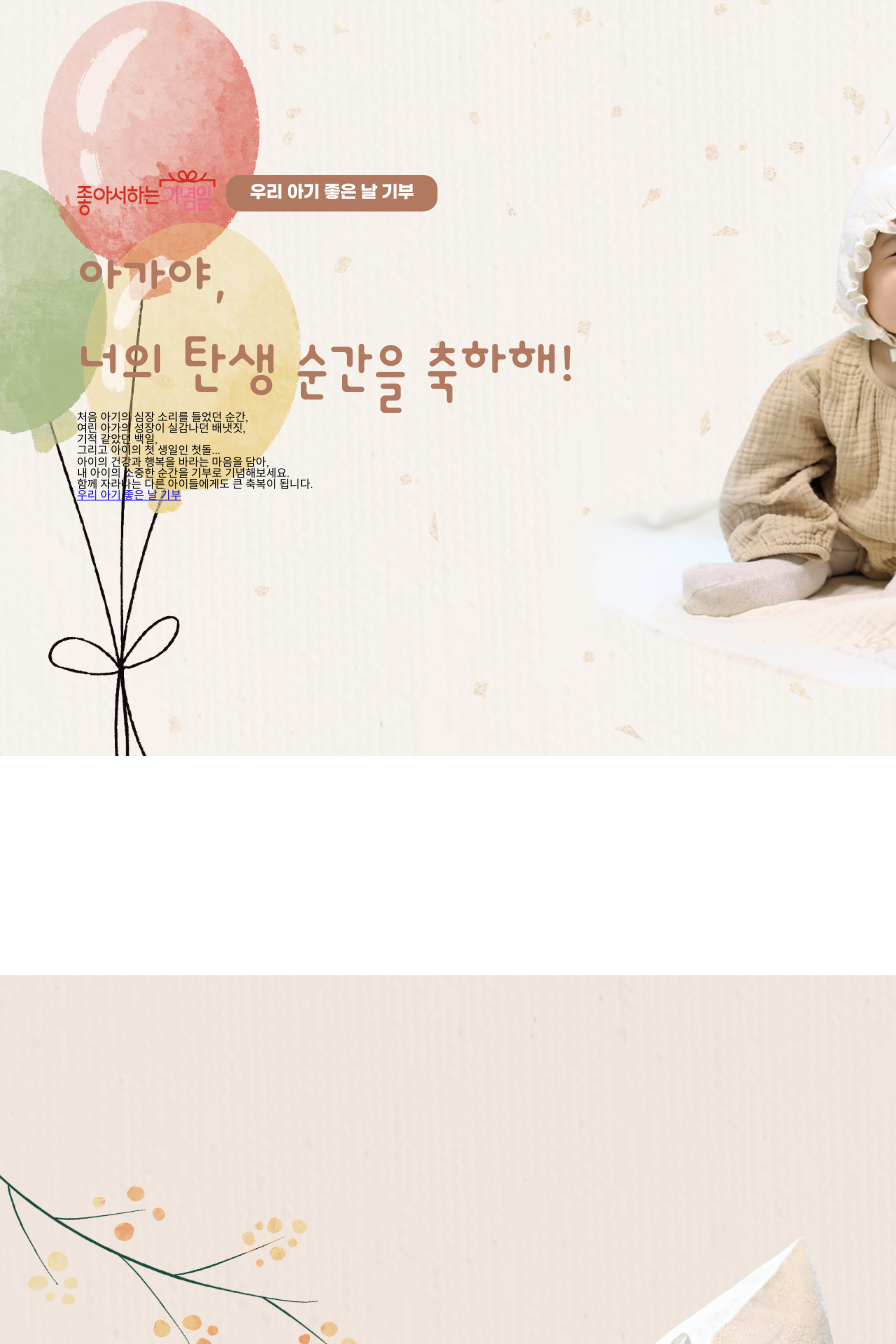
Repository: dlgywls1130/save_the_children
Page: index.html
These files come from the project's save history. The page is drawn as it stood at one moment and after the next save; the edit follows.
The browser window is 1280 px wide. The pictures show the part of the page from y = 0 to 1920 px (the page is 5153 px tall), at 70% of full size.

Above is the page before, as saved 2023-12-12 20:54:06.

### index.html
<!DOCTYPE html>
<html lang="en">
<head>
    <meta charset="UTF-8">
    <meta name="viewport" content="width=device-width, initial-scale=1.0">
    <title>세이브더칠드런</title>

    <link rel="stylesheet" href="./css/reset.css">
    <link rel="stylesheet" href="./css/style.css">
</head>
<body>
    <div class="content_body">
        <section class="section_wrapper section01">
            <div class="se01 se_wrapper">
                <div class="se01_sub">
                    <div class="sub_logo">
                        <img src="./img/logo01.png" alt="logo">
                    </div>
                    <p>우리 아기 좋은 날 기부</p>
                </div>
                <div class="seo01_title">
                    아가야,<br>
                    너의 <span>탄생</span> 순간을 축하해!
                </div>
                <p class="section_descript">
                    처음 아기의 심장 소리를 들었던 순간,
                    <br>여린 아가의 성장이 실감나던 배냇짓,
                    <br>기적 같았던 백일,
                    <br>그리고 아이의 첫 생일인 첫돌...
                </p>
                <p class="section_descript">
                    아이의 건강과 행복을 바라는 마음을 담아,
                    <br>내 아이의 소중한 순간을 기부로 기념해보세요.
                    <br>함께 자라나는 다른 아이들에게도 큰 축복이 됩니다.
                </p>

                <a href="javascript:void(0)">우리 아기 좋은 날 기부</a>
            </div>
        </section>
        <section class="section_wrapper section02">
            <div class="se02 se_wrapper">

            </div>
        </section>
        <section class="section_wrapper section03">

        </section>
        <section class="section_wrapper section04">

        </section>
        <section class="section_wrapper section05">

        </section>
        <section class="section_wrapper section06">

        </section>
        <section class="section_wrapper section07">

        </section>
        <section class="section_wrapper section08">

        </section>
    </div>
</body>
</html>

### css/reset.css


html, body, div, span, applet, object, iframe,
h1, h2, h3, h4, h5, h6, p, blockquote, pre,
a, abbr, acronym, address, big, cite, code,
del, dfn, em, img, ins, kbd, q, s, samp,
small, strike, strong, sub, sup, tt, var,
b, u, i, center,
dl, dt, dd, ol, ul, li,
fieldset, form, label, legend,
table, caption, tbody, tfoot, thead, tr, th, td,
article, aside, canvas, details, embed,
figure, figcaption, footer, header, hgroup,
menu, nav, output, ruby, section, summary,
time, mark, audio, video {
	margin: 0;
	padding: 0;
	border: 0;
	font-size: 100%;
	font: inherit;
	vertical-align: baseline;
}

article, aside, details, figcaption, figure,
footer, header, hgroup, menu, nav, section {
	display: block;
}
body {
	line-height: 1;
}
ol, ul {
	list-style: none;
}
blockquote, q {
	quotes: none;
}
blockquote:before, blockquote:after,
q:before, q:after {
	content: '';
	content: none;
}
table {
	border-collapse: collapse;
	border-spacing: 0;
}

### css/style.css

/* root */
:root{
    --main-color:#B17A60;
}


/* font */

/* dongle */
@font-face {
    font-family: 'Dongle';
    font-weight: 300;
    src: url('../font/Dongle-Light.ttf') format('ttf'),
    url('../font/Dongle-Light.woff') format('woff');
}

@font-face {
    font-family: 'Dongle';
    font-weight: 500;
    src: url('../font/Dongle-Regular.ttf') format('ttf'),
    url('../font/Dongle-Regular.woff') format('woff');
}

@font-face {
    font-family: 'Dongle';
    font-weight: 700;
    src: url('../font/Dongle-Bold.ttf') format('ttf'),
    url('../font/Dongle-Bold.woff') format('woff');
}


/* Gmarket */
@font-face {
    font-family: 'GmarketSans';
    font-weight: 300;
    src: url('../font/GmarketSansLight.ttf') format('ttf'),
    url('../font/GmarketSansLight.woff') format('woff');
}

@font-face {
    font-family: 'GmarketSans';
    font-weight: 500;
    src: url('../font/GmarketSansMedium.ttf') format('ttf'),
    url('../font/GmarketSansMedium.woff') format('woff');
}

@font-face {
    font-family: 'GmarketSans';
    font-weight: 700;
    src: url('../font/GmarketSansBold.ttf') format('ttf'),
    url('../font/GmarketSansBold.woff') format('woff');
}


/* nanumsqure */

@font-face {
    font-family: 'NanumSquare';
    font-weight: 400;
    src: url('../font/NanumSquareL.ttf') format('ttf'),
    url('../font/NanumSquareL.woff') format('woff');
}

@font-face {
    font-family: 'NanumSquare';
    font-weight: 500;
    src: url('../font/NanumSquareR.ttf') format('ttf'),
    url('../font/NanumSquareR.woff') format('woff');
}

@font-face {
    font-family: 'NanumSquare';
    font-weight: 600;
    src: url('../font/NanumSquareB.ttf') format('ttf'),
    url('../font/NanumSquareB.woff') format('woff');
}

@font-face {
    font-family: 'NanumSquare';
    font-weight: 700;
    src: url('../font/NanumSquareEB.ttf') format('ttf'),
    url('../font/NanumSquareEB.woff') format('woff');
}



/* scdream5 */
@font-face {
    font-family: 'SCDream5';
    src: url('../font/SCDream5.woff') format('woff'),
    url('../font/SCDream5.ttf') format('ttf'),
    url('../font/SCDream5.otf') format('otf');
}


.section_wrapper{
    max-width:1920px;
    width: 100%;

}

.se_wrapper{
    max-width: 1060px;
    margin: 0 auto;
    width: 100%;
}


/* section01 */


.section01{
    height: 1080px;
    padding: 243px 0 70px;
    background: url('../img/back01.jpg') no-repeat;
}

.se01_sub{
    display: flex;
    align-items: center;
    margin-bottom: 40px;
}

.sub_logo{
    width: 198px;
    height: 65px;
    margin-right: 15px;
}

.sub_logo img{
    width: 100%;
    height: 100%;
}

.se01_sub p{
    width: 302px;
    height: 52px;
    background: #B17A60;
    border-radius: 20px;
    display: flex;
    align-items: center;
    justify-content: center;
    letter-spacing: -0.03em;
    font-size: 25px;
    font-weight: 700;
    font-family: 'GmarketSans',sans-serif;
    color: #fff;
}

.seo01_title{
    font-family: 'Dongle',sans-serif;
    font-weight: 500;
    font-size: 120px;
    color: var(--main-color);
}

/* section02 */

.section02{
    height: 1340px;
    background: url('../img/back03.jpg') no-repeat;
}

/* section03 */

.section03{
    height: 1340px;
    background: url('../img/back04.jpg') no-repeat;
}

/* section04 */

.section04{
    height: 1080px;

}

/* section05 */

/* section06 */

/* section07 */

/* section08 */

After the next save:
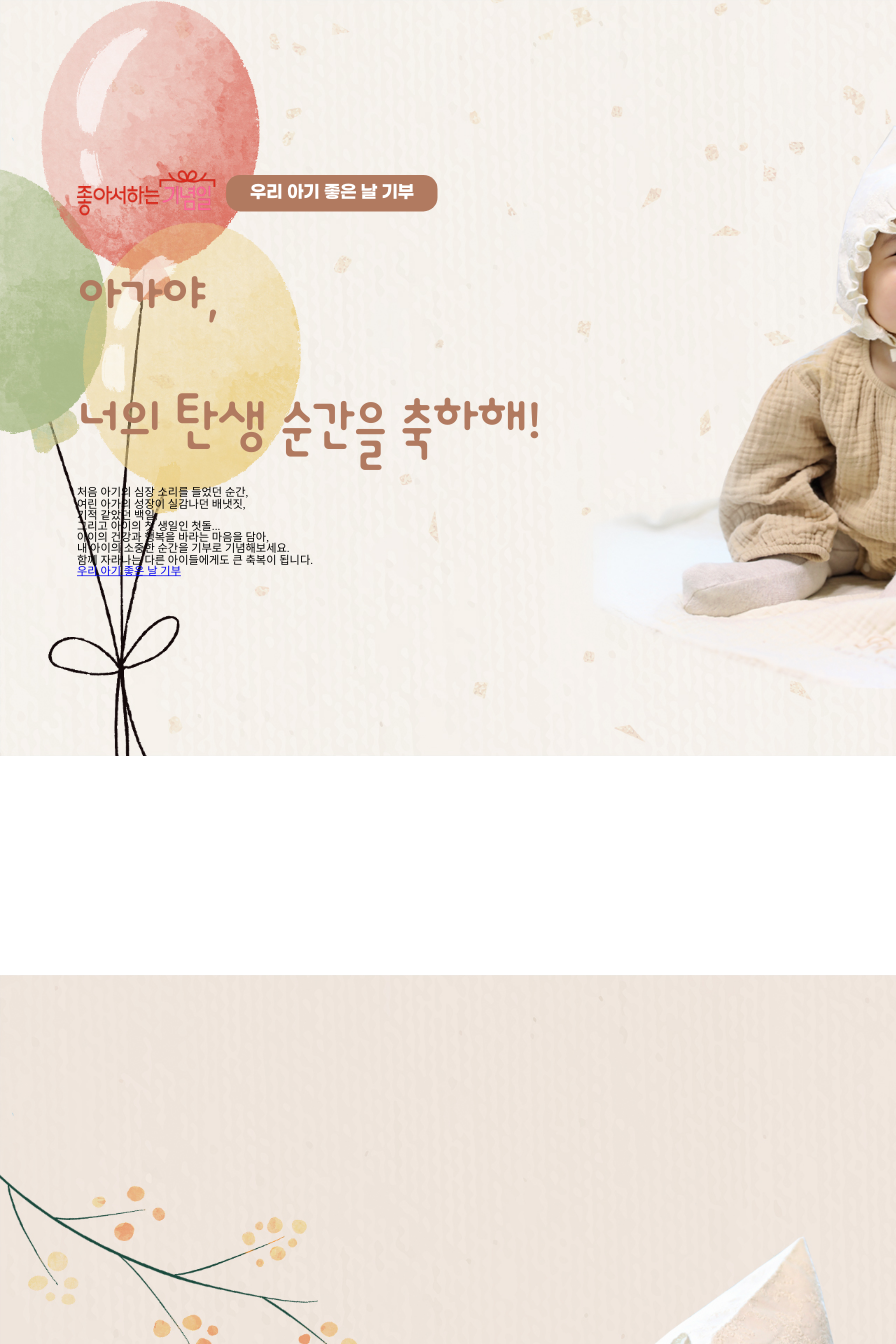
Saved 81 s later.
--- a/css/style.css
+++ b/css/style.css
@@ -153,6 +153,8 @@
     font-weight: 500;
     font-size: 120px;
     color: var(--main-color);
+    line-height: 174px;
+    letter-spacing: -0.03em;
 }
 
 /* section02 */
